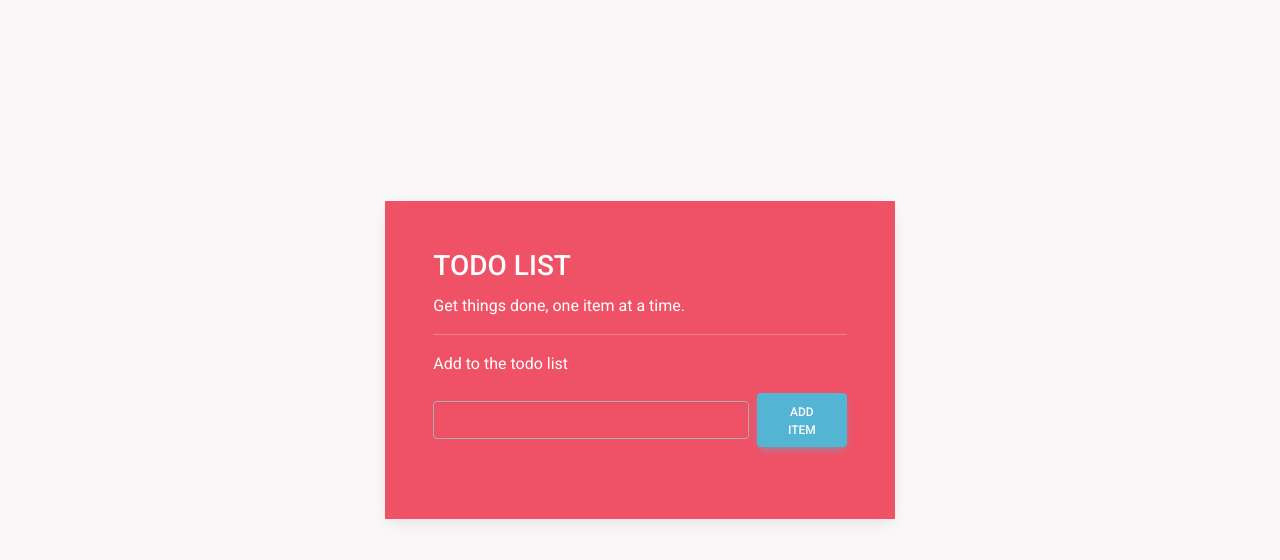
Repository: TinhTT336/MD02_HACKATHON01_HN_JV230620_BS_TranThiTinh_Basic
Page: /
These files come from the project's save history. The page is drawn as it stood at one moment and after the next save; the edit follows.
The browser window is 1280 px wide. The pictures show the whole page.
Some web libraries are served in a nearby version. The project was rebuilt for these pictures with package versions that can differ from the ones it lists, and the page was loaded fresh each time. Also part of the build but not shown: vite.config.js, src/App.css.

Above is the page before, as saved 2023-09-05 11:27:50.

After the next save:
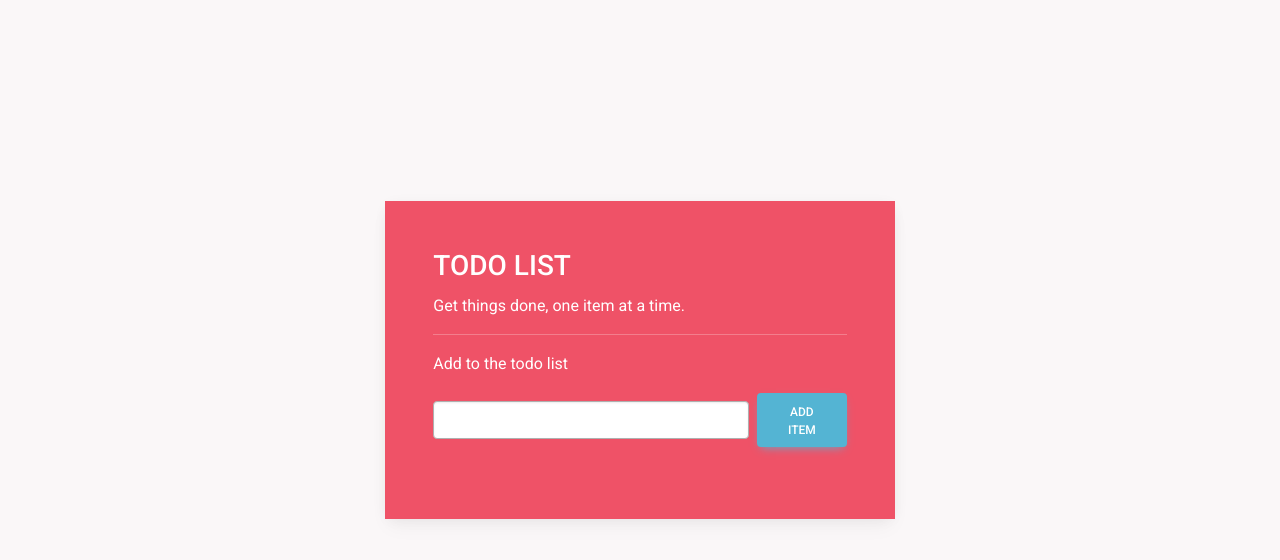
Saved 78 s later.
--- a/src/index.css
+++ b/src/index.css
@@ -78,3 +78,6 @@ body {
   background-color: #ef5267 !important;
   color: #fff !important;
 }
+.form-control {
+  background-color: #fff !important;
+}
